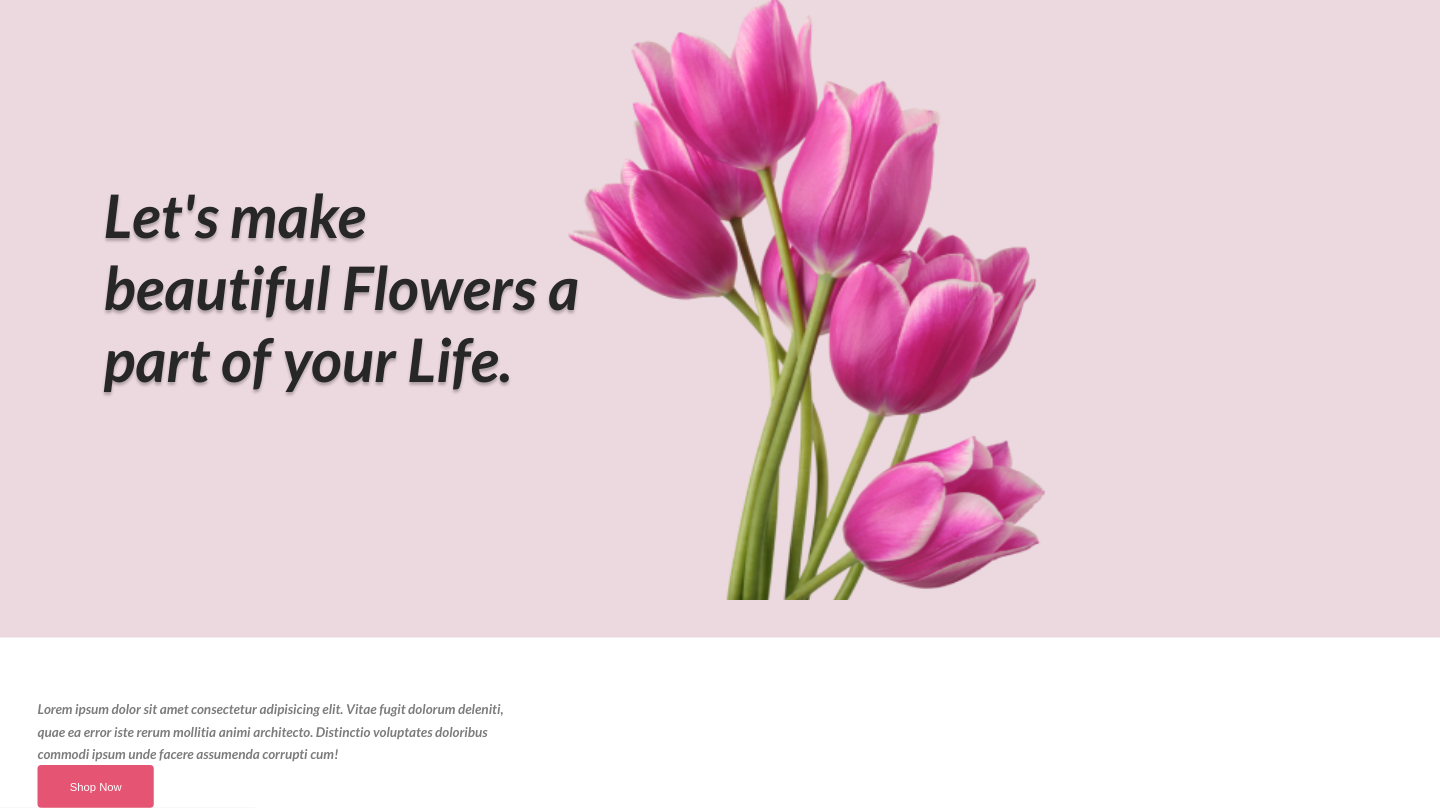
Repository: AnitaAkter/anita-flower-shop
Page: index.html
These files come from the project's save history. The page is drawn as it stood at one moment and after the next save; the edit follows.
The browser window is 1280 px wide. The page is 1920 px wide, so the pictures cover 1920 px, including what lies to the right of the window. The pictures show the whole page, at 75% of full size.

Above is the page before, as saved 2023-09-04 20:43:23.

After the next save:
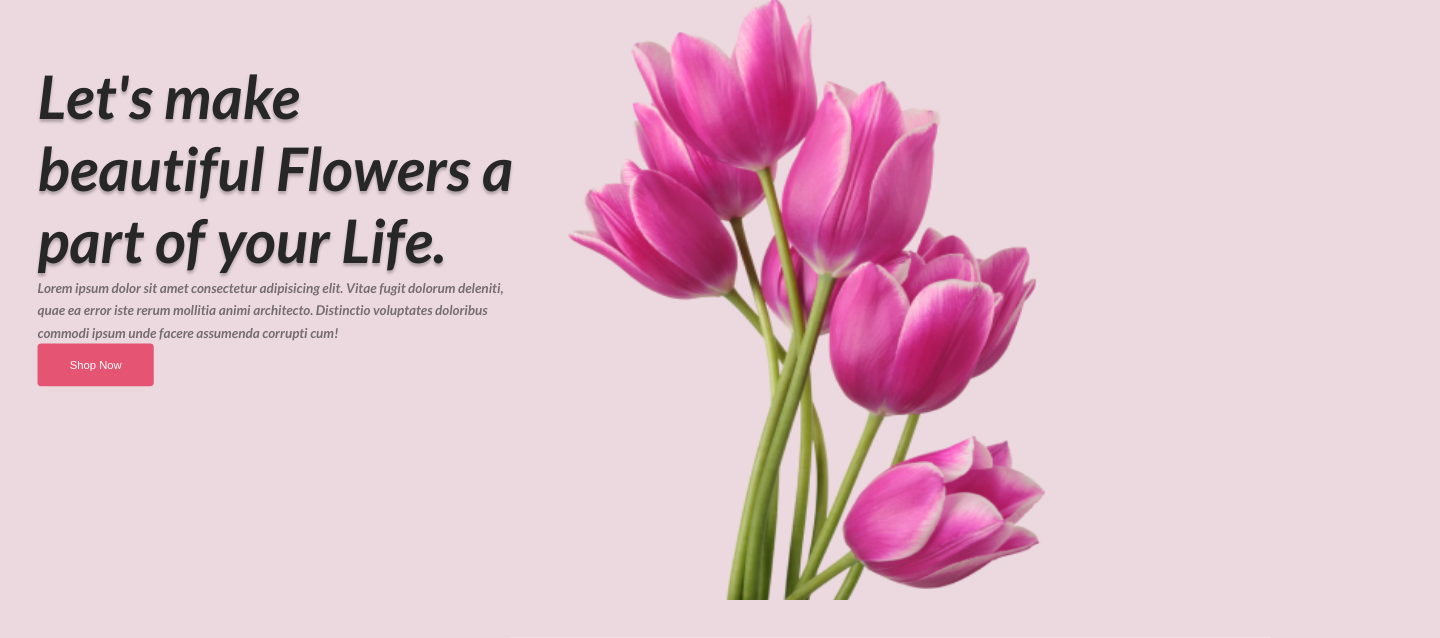
Saved 41 s later.
--- a/style.css
+++ b/style.css
@@ -34,10 +34,7 @@ header {
     line-height: normal;
     width: 708px;
     height: 288px;
-    margin-top: 158px;
-    margin-left: 88px;
-    margin-bottom: 404px;
-    margin-right: 1124px;
+
 }
 
 .header-intro p {
